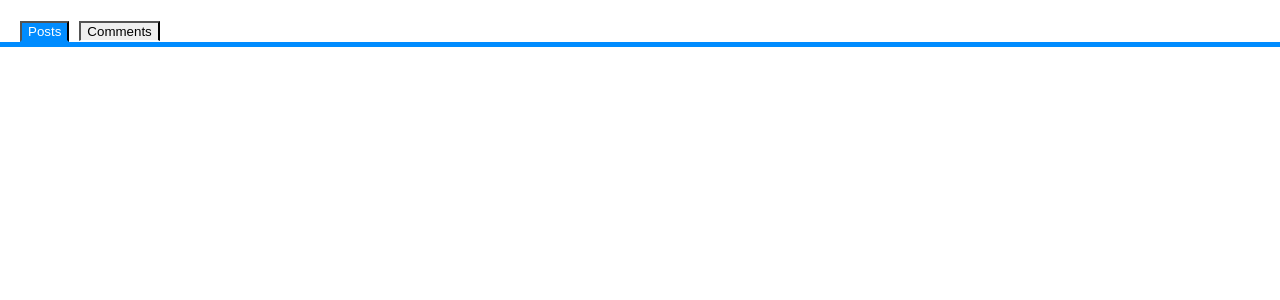
Repository: milosKomiRajkovic94/cleverbit-project
Page: /
These files come from the project's save history. The page is drawn as it stood at one moment and after the next save; the edit follows.
The browser window is 1280 px wide. The pictures show the whole page.
The project was rebuilt for these pictures with package versions that can differ from the ones it lists, and the page was loaded fresh each time. Also part of the build but not shown: src/utils/Loader.js.

Above is the page before, as saved 2020-10-13 20:14:30.

After the next save:
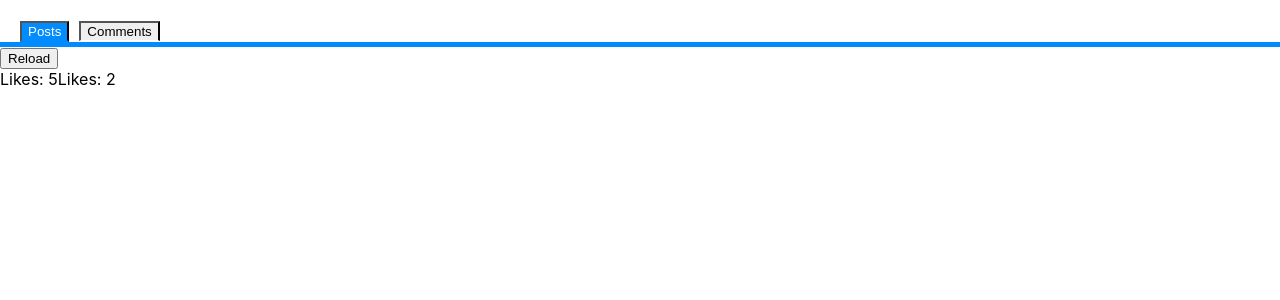
Saved 2 min 13 s later.
--- a/src/components/PostsComponents/PostsContainer.js
+++ b/src/components/PostsComponents/PostsContainer.js
@@ -8,7 +8,19 @@ const PostsContainer = ({
 }) => {
     return(
         <div>
-
+            <div className="postsHeader">
+                <button className="reloadButton">
+                    Reload
+                </button>
+                <div className="likesAndCommentsNumber">
+                    <span className="likesNumber">
+                        Likes: {currentNumberOfLikes}
+                    </span>
+                    <span className="commentsNumber">
+                        Likes: {currentNumberOfComments}
+                    </span>
+                </div>
+            </div>
         </div>
     )
 }
